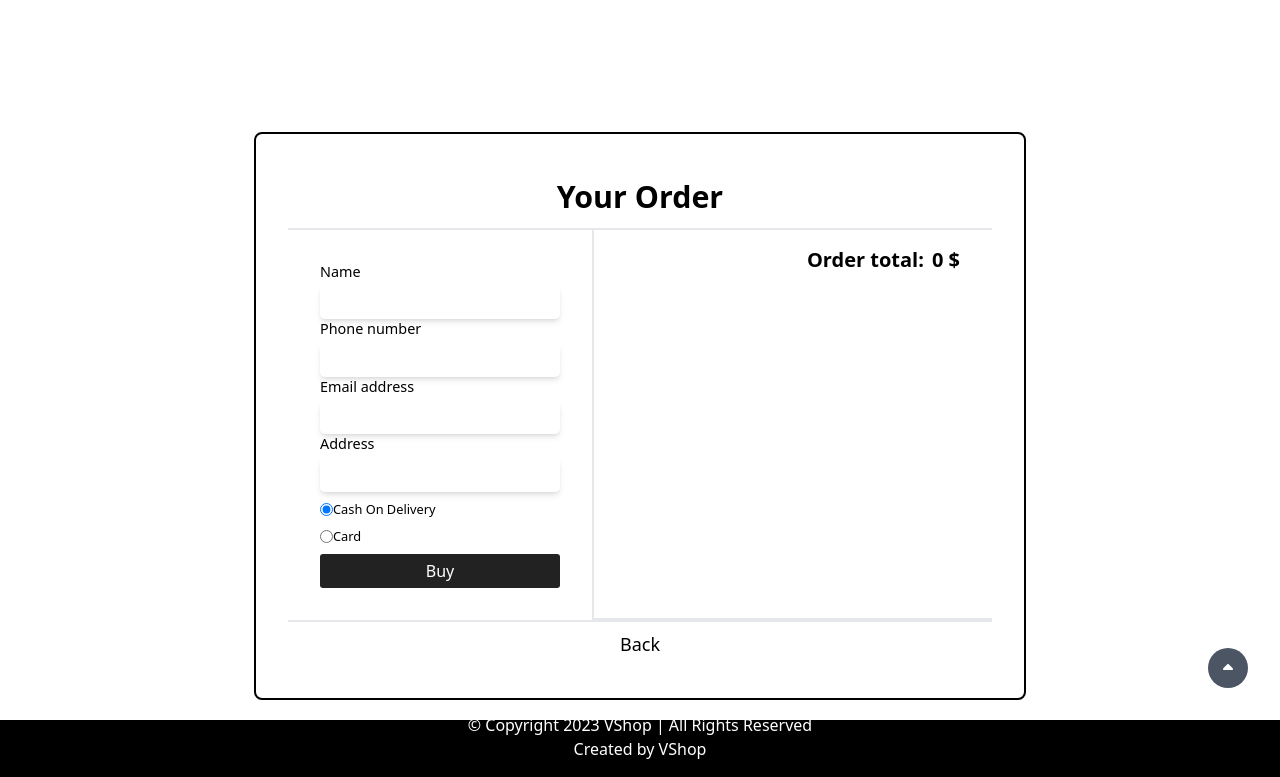
Repository: Kith933UTH/VSHOP
Page: /payment
The author's editor kept a copy of each file at every save. The page is drawn from the files as they stood at one save, then again after the next save.
The browser window is 1280 px wide. The pictures show the whole page.
Pictures or frames that could not be fetched are drawn as grey boxes. The project was rebuilt for these pictures with package versions that can differ from the ones it lists, and the page was loaded fresh each time. Also part of the build but not shown: src/components/product-item/ProductItem.js, src/components/loader/Loader.js, src/constants/constants.js, src/components/product-filters/Category.js, src/components/product-filters/Price.js, src/components/product-filters/Rating.js, src/components/product-filters/ProductFilters.js, src/components/cart-shopping/CartEmpty.js and 21 more.

Above is the page before, as saved 2023-08-05 19:40:16.

After the next save:
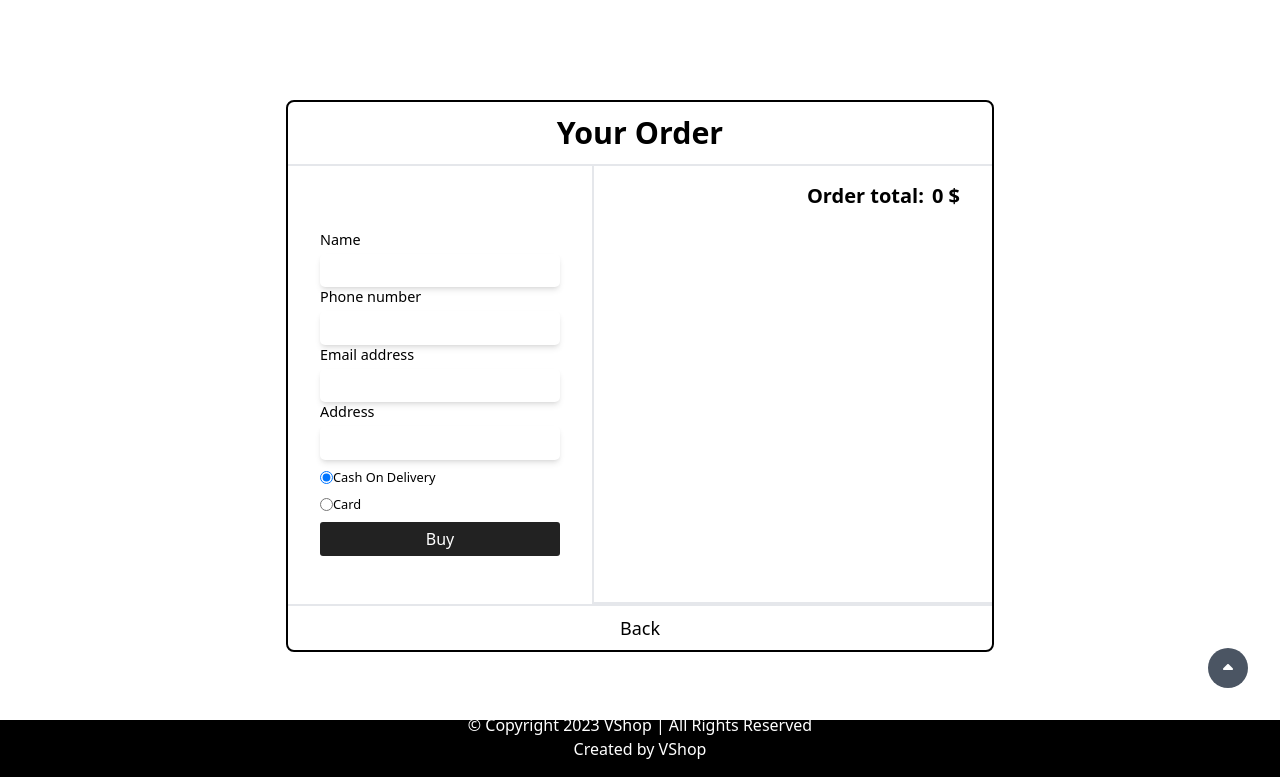
Saved 96 s later.
--- a/src/components/payment/Payment.js
+++ b/src/components/payment/Payment.js
@@ -24,10 +24,10 @@ export function Payment() {
 
     return (
         <div className="payment-page text-center m-5-auto flex justify-center">
-            <form className="border-2 rounded-lg border-black w-max h-fit">
+            <div className="border-2 rounded-lg border-black w-max h-fit">
             <h2 className="p-2">Your Order</h2>
             <div className="flex flex-col-reverse md:flex-row justify-center border-y-2 border-b-2">
-                <div className="border-none bg-none m-0 border-b-2 inline-block p-8" >
+                <form onSubmit='return false;' className="border-none bg-none m-0 border-b-2 inline-block p-8" >
                     <p>
                         <label className="float-left text-sm m-0 p-0">Name</label><br/>
                         <input className='shadow-md' type="text" name="name" required />
@@ -51,7 +51,7 @@ export function Payment() {
                         <input className='' type="radio" name="checkbox" /> <span>Card</span>
                     </p>
                     <button id="sub_btn" onClick={handleSubmit}>Buy</button>
-                </div>
+                </form>
                 <div className={`min-w-[400px] border-l-2 border-b-2 px-4 pb-4 ${cart.length > 2 ? 'box-item' : ''}`}>
                     {cart.map(item => <CartItemPayment key={item.id} item={item}/>)}
                     <div className='flex justify-center sm:justify-end pt-4'>
@@ -67,7 +67,7 @@ export function Payment() {
             <footer>
                 <button className="text-lg p-2" onClick={() => navigate(-1)}>Back</button>
             </footer>
-            </form>
+            </div>
         </div>
     )
 }
